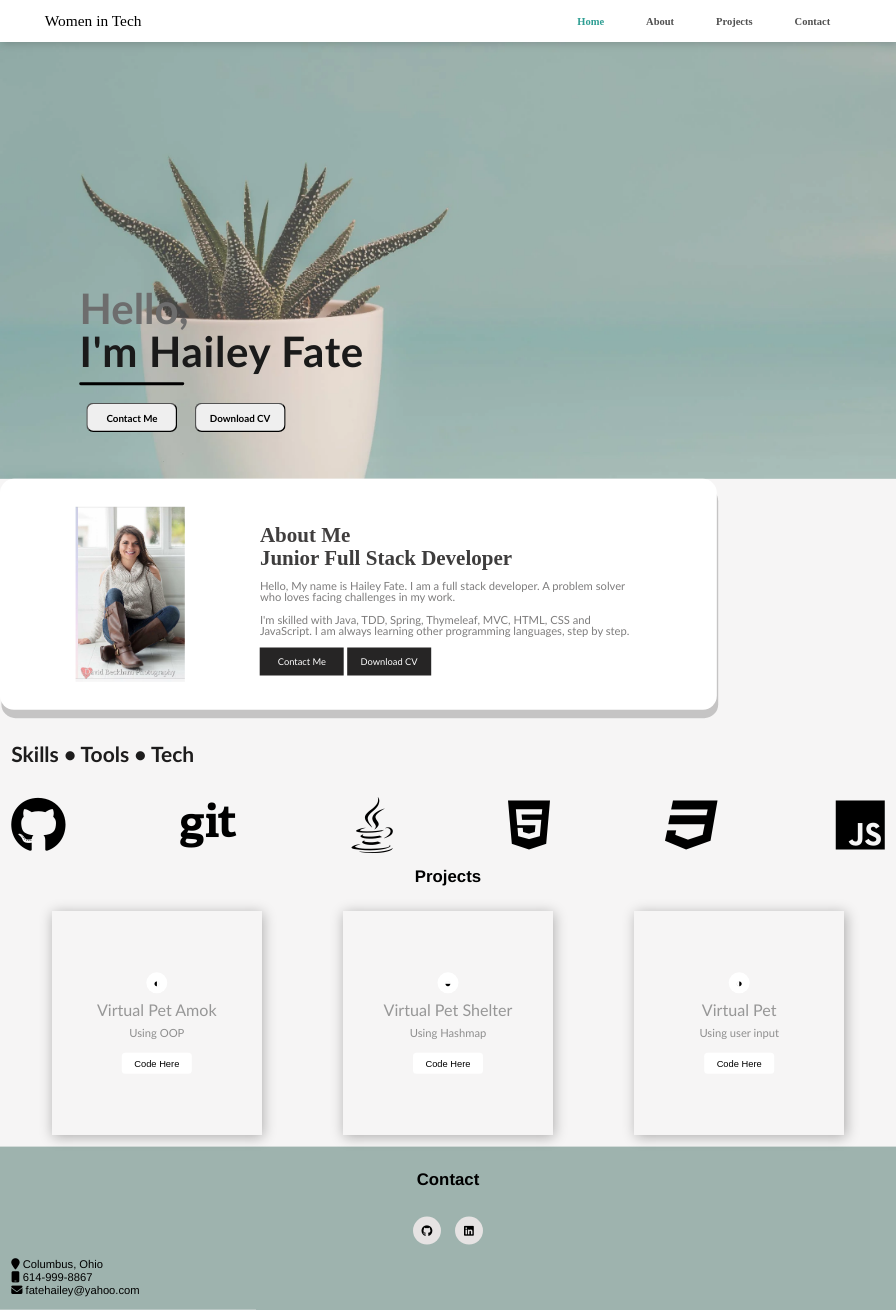
Repository: fatehailey/fatehailey.github.io
Page: index.html
These files come from the project's save history. The page is drawn as it stood at one moment and after a run of saves; the edit follows.
The browser window is 1280 px wide. The pictures show the whole page, at 70% of full size.
Some web libraries are served in a nearby version.

Above is the page before, as saved 2022-07-25 15:24:08.

### index.html
<!DOCTYPE html>
<html lang="en">

<head>
    <meta charset="UTF-8">
    <meta http-equiv="X-UA-Compatible" content="IE=edge">
    <meta name="viewport" content="width=device-width, initial-scale=1.0">
    <title>Professional Portfolio Website</title>
    <link rel="stylesheet" type="text/css" href="./style.css">
    <script src="https://kit.fontawesome.com/aba5373111.js" crossorigin="anonymous"></script>
</head>
<section>
    <!--------Navbar-->
    <nav>
        <header class="logo"> Women in Tech</header>
        <!--menu-->
        <ul>
            <li><a href="#" class="active">Home</a></li>
            <li><a href="#about">About</a></li>
            <li><a href="#projects">Projects</a></li>
            <li><a href="#contact-form">Contact</a></li>
        </ul>
    </nav>
    <!--text-->
    <div class="text-container">
        <p>Hello,</p>
        <p>I'm Hailey Fate</p>
        <p class="line"></p>
        <a href = "mailto: fatehailey@.com">
        <button id="contact-form">Contact Me</button></a>
        <a href="Resume -JAVA.pdf">
            <button>Download CV</button>
        </a>

    </div>
</section>
<div class="about-container">
    <!--img-->
    <img src="20638533_10207488042478732_6104525529025967976_n.jpg" />
    <!--about-me-text-->
    <div class="about-text">
        <p id="about">About Me</p>
        <p>Junior Full Stack Developer</p>
        <p>Hello, My name is Hailey Fate. I am a full stack developer. A problem solver who loves facing challenges in
            my work. </p>
        <p>I'm skilled with Java, TDD, Spring, Thymeleaf, MVC, HTML, CSS and JavaScript. I am always learning other
            programming languages, step by step.</p>
        <button id="contacts">Contact Me</button>
        <button onclick="Resume -JAVA.pdf">Download CV</button>
    </div>
</div>

<!--Project-->
<div class="skills">
    <!--text-->
    <div class="skills-text ">
        <p>Skills • Tools • Tech</p>
    </div>
    <div class="column">
        <i class="fa-brands fa-github"></i>
        <i class="fa-brands fa-git"></i>
        <i class="fa-brands fa-java"></i>
        <i class="fa-brands fa-html5"></i>
        <i class="fa-brands fa-css3"></i>
        <i class="fa-brands fa-js"></i>
    </div>
</div>
<h2 id="projects" style="text-align:center">Projects </h2>
<div class="box-container">
    <!--1------------->
    <div class="box-1">
        <span>◐</span>
        <p class="heading">Virtual Pet Amok</p>
        <p class="details">Using OOP</p>
        <a href="https://github.com/2022-April-Java-PT-Classroom/virtual-pet-amok-fatehailey">
            <button>Code Here</button>
        </a>
    </div>
    <!--2------------->
    <div class="box-2">
        <span>◒</span>
        <p class="heading">Virtual Pet Shelter</p>
        <p class="details">Using Hashmap</p>
        <a href="https://github.com/2022-April-Java-PT-Classroom/virtual-pet-shelter-fatehailey">
            <button>Code Here</button>
        </a>
    </div>
    <!--3------------->
    <div class="box-3">
        <span>◑</span>
        <p class="heading">Virtual Pet</p>
        <p class="details">Using user input</p>
        <a href="https://github.com/2022-April-Java-PT-Classroom/virtual-pet-fatehailey">
            <button>Code Here</button>
        </a>
    </div>
</div>
<footer>
    <div class="social-footer">
        <h2 id="contacts" style="text-align:center">Contact</h2>
        <div class="social-icons">
            <a href="https://github.com/fatehailey"><i class="fa-brands fa-github"></i></a>
            <a href="https://www.linkedin.com/in/haileyfate/"><i class="fa-brands fa-linkedin"></i></a>
        </div>
        <div class="place">
            <span class="fa-solid fa-location-pin"></span>
            <span class="text">Columbus, Ohio</span>
        <div class="phone">
            <span class="fa-solid fa-mobile"></span>
            <span class="text">614-999-8867</span>
        </div>
        <div class="email">
            <span class="fa-solid fa-envelope"></span>
            <span class="text">fatehailey@yahoo.com</span>
        </div>

    </div>
</footer>
</body>
</html>

### style.css

body{
    background-color: #f6f5f5;
    margin: 0;
    padding: 0px;
    font-family: 'Franklin Gothic Medium', 'Arial Narrow', Arial, sans-serif;
}
ul{
    list-style: none;
}
a{
    text-decoration: none;
}
section{
    width: 100%;
    height: 95vh;
    background-image: url('pexels-photo-1445416.webp');
    background-repeat: no-repeat;
    background-size: cover;
}
nav{
    display: flex;
    justify-content: space-between;
    align-items: center;
    height: 60px;
    background-color: #FFFFFF;
    box-shadow: 2px 2px 12px rgba(0,0,0,0.2);
    padding: 0px 5%;
}
nav ul{
    display: flex ;
}
nav ul li a{
    margin:30px;
    font-family: myraid pro regular;
    color:#505050;
    font-size: 15px;
    font-weight: 700;
}
.logo{
    font-family: RoadTest;
    color: #000000;
    font-size: 22px;
}
.active{
   font-weight:bold;
   color: #2e9e93;
}
.text-container p:nth-child(1){
    font-family: calibri;
    font-weight: bold;
    color: #6d6d6d;
    font-size: 60px;
    padding-bottom: 1rem;
}
.text-container p:nth-child(2){
    font-family: calibri;
    font-weight: bold;
    letter-spacing: 1px;
    color: #1a1a1a;
    font-size: 60px;
}
.text-container p:nth-child(3){
    font-family: myrid pro regular;
    color: #403e3e;
    font-size: 30px;
    line-height: 30px;
}
.text-container p{
    line-height: 0px;
    margin: 45px 0px 25px;
}
.line{
    width: 150px;
    height: 4px;
    background: #000000;
    margin: 10px auto;
    border-radius: 5px;
}
.text-container{
    position: absolute;
    left: 13%;
    top:42%;
    transform: translate(-13%, 42%);
}
.text-container button{
    width:130px;
    height: 42px;
    border-radius: 10px;
    font-family: calibri;
    font-weight: bold;
    font-size: 14px;
    outline:none;
    margin:0px 10px;
}
.abtme{
    border:2px solid #373636;
    color: #373636;
}
.down-cv{
    background-color: #0b0b0b;
    color: #FFFFFF;
    border: none;
}
button:active{
    transform:scale(1.1);
}

.about-container{
    width: 80%;
    height:330px;
    background-color: #ffffff;
    border-radius: 20px;
    box-shadow: 2px 12px rgba(0,0,0,0.2);
    display:flex;
    position: relative;
    justify-content: space-evenly;
    align-items: center;
}
.about-container img{
    height: 250px;
    margin-left: 5px;
}

.about-text{
    width: 550px;
    margin-left: 5px;;

}
.about-text p:nth-child(1){
    color: #403e3e;
    font-family: myriad pro;
    font-weight: bold;
    font-size: 30px;
    line-height: 0px;
}
.about-text p:nth-child(2){
    color: #3e3d3d;
    font-size: 30px;
    font-family: myriad pro;
    font-weight: bold;
    line-height: 5px;
}
.about-text p:nth-child(3),
.about-text p:nth-child(4){
    color: #7e7d7d;
    font-size: 20pxpx;
    font-family: calibri;
    line-height: 16px;
}
.about-text button{
    width:120px;
    height:40px;
    color: #FFFFFF;
    outline: none;
    border:none;
    font-family: calibri;
    background-color: #262525;
}
.skills-text p:nth-child(1){
	font-family: calibri;
	font-weight:bold;
	color:#1d1c1c;
	font-size:30px;
	line-height:0px;
}
.skills-text{
    padding-top: 2rem;
    padding-bottom: 2rem;
    padding-left: 1rem;;
	width: 500px;
    display: flex;
}
.column
{
    flex: 50%;
    padding-left: 1rem;
    padding-right: 1rem;
    justify-content: space-between;
    display: flex;
    flex-flow: row wrap;
    margin-bottom: 15px;
    font-size: 5rem;
}
.column img
{
    float: left;
    width:  100px;
    height: 100px;
    object-fit: cover;
}
.box-container{
	display:flex;
	justify-content: space-around;
    padding: 1rem;
}
.box-1,.box-2,.box-3{
	width: 300px;
	height:320px;
	background-repeat: no-repeat;
	background-size: cover;
	box-shadow:2px 2px 18px rgba(0,0,0,0.3);
	align-items: center;
	justify-content: center;
	display: flex;
	flex-direction: column;
	margin: 0px 20px;
}
.box-1 span,
.box-2 span,
.box-3 span{
	width:30px;
	height:30px;
	border-radius:50%;
	background-color:#ffffff;
	display: flex;
	justify-content: center;
	align-items:center;
	font-family: calibri;
	font-weight: bold;
}
.box-1 p:nth-child(2),
.box-2 p:nth-child(2),
.box-3 p:nth-child(2){
	color:#979797;
	font-family: calibri;
	font-size: 23px;
	line-height:0px;

}
.box-1 p:nth-child(3),
.box-2 p:nth-child(3),
.box-3 p:nth-child(3){
	font-family: calibri;
	color:#8F8F8F;
	text-align:center;
	width: 230px;
	margin:0px 0px 20px 0px;

}
.box-1 button,
.box-2 button,
.box-3 button{
	width:100px;
	height:30px;
	background-color:#FFFFFF;
	border:none;
	outline: none;
	border-radius:5px;
}
footer{
    background-color: #9eb3ae;
    height: 220px;
    width: 100%;
    min-height: 5rem;
    margin: auto;
    padding-top: 1%;
}
.place{
    padding-left: 1rem;

}

.social-icons a{
    width:40px;
    height:40px;
    display: flex;
    justify-content: center;
    align-items: center;
    background-color:#e6e3e3;
    margin:20px 10px;
    border-radius:50%;
}
.social-icons{
    display: flex;
    justify-content: center;
}

.social-icons i,.social i{
    color:#000000;
}
.social-icons a:hover{
    background-color:#000000;
    box-shadow:2px 2px 12px rgba(0,0,0,0.2);
    transition:all ease 0.5s;
}
.social-icons a:hover i,
.social a:hover i{
    color:#FFFFFF;
    transition:all ease 0.5s;
}

After the next 4 saves:
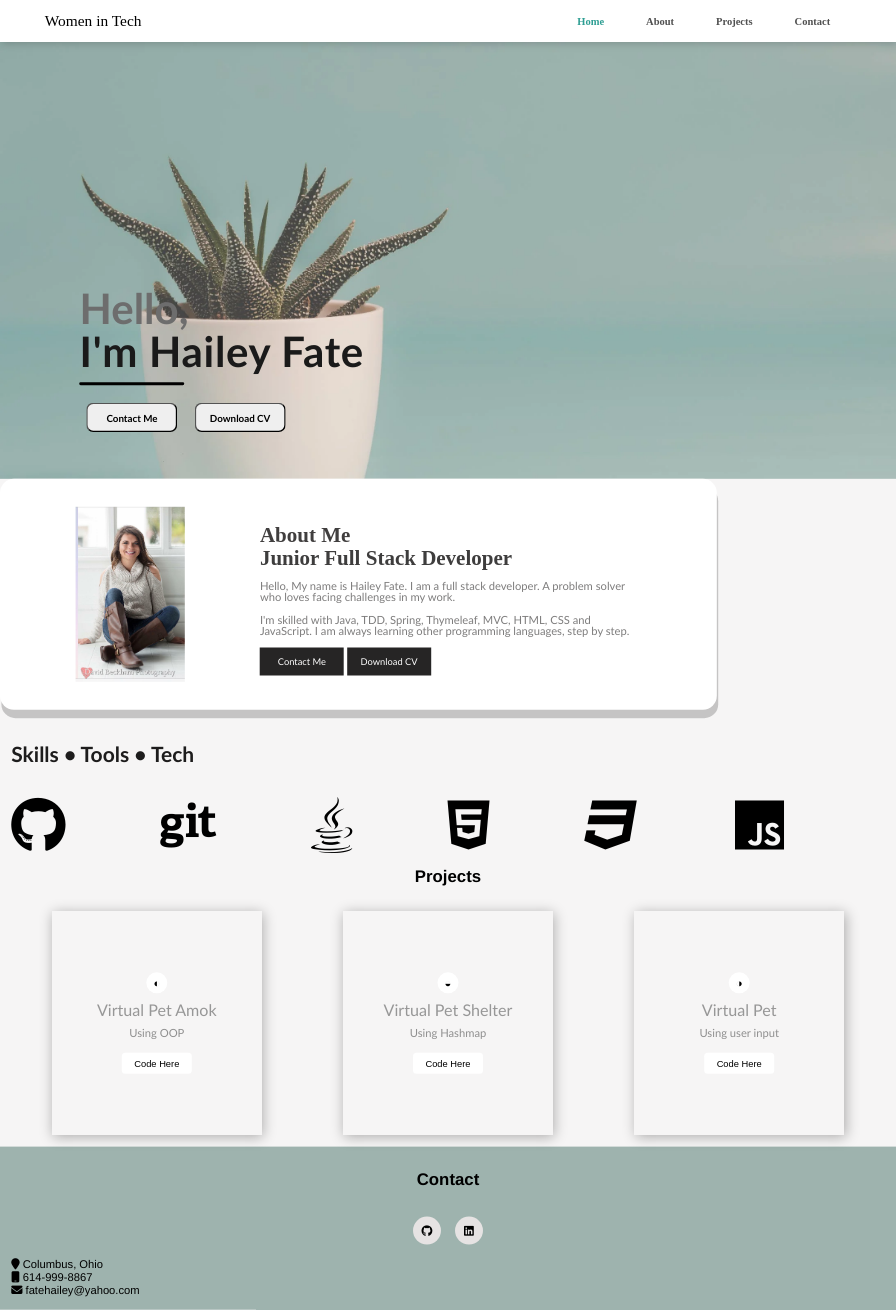
The 4 saves are shown as one change because they came seconds apart.
The last was saved 12 s later.
--- a/style.css
+++ b/style.css
@@ -175,7 +175,7 @@
 {
     flex: 50%;
     padding-left: 1rem;
-    padding-right: 1rem;
+    padding-right: 10rem;
     justify-content: space-between;
     display: flex;
     flex-flow: row wrap;
